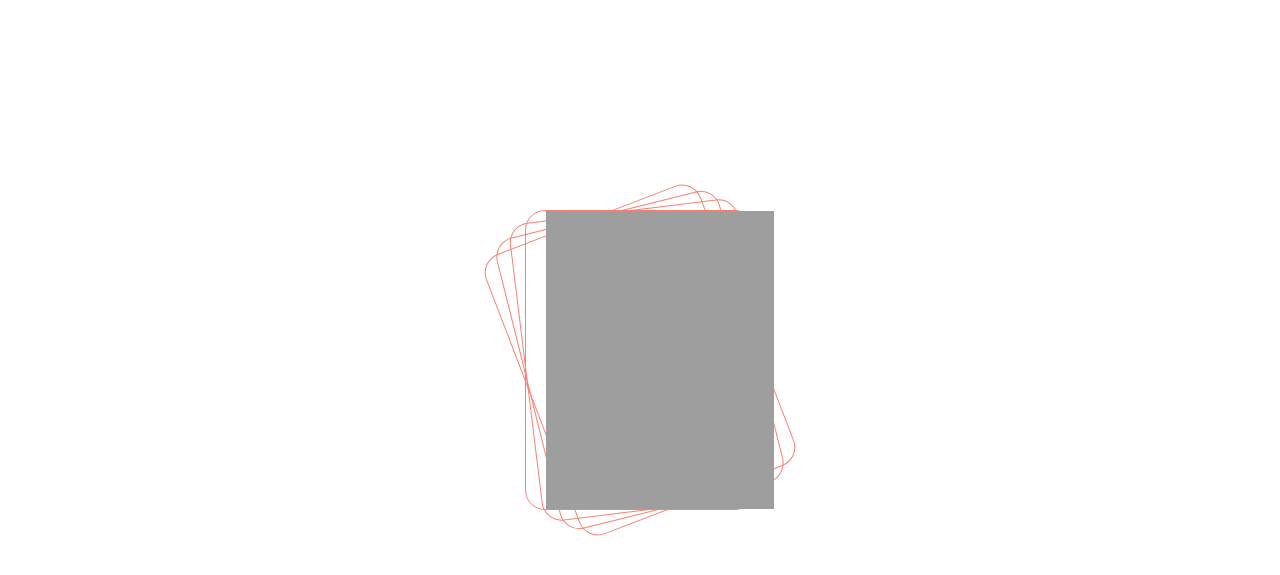
Repository: Chiranshukapil/html_css
Page: cards/index.html
The author's editor kept a copy of each file at every save. The page is drawn from the files as they stood at one save, then again after the next save.
The browser window is 1280 px wide. The pictures show the whole page.
Pictures or frames that could not be fetched are drawn as grey boxes.

Above is the page before, as saved 2024-06-09 00:26:03.

### cards/index.html
<!DOCTYPE html>
<html lang="en">
    <head>
        <meta charset="UTF-8">
        <meta name="viewport" content="width=device-width, initial-scale=1.0">
        <title>Pokemon Cards</title>
        <link rel="stylesheet" href="style.css">
    </head>
    <body>
        <div id="main">

            <div id="card1" class="card">
                <img src="https://images.unsplash.com/photo-1613771404721-1f92d799e49f?w=500&auto=format&fit=crop&q=60&ixlib=rb-4.0.3&ixid=M3wxMjA3fDB8MHxzZWFyY2h8M3x8cG9rZWJhbGx8ZW58MHx8MHx8fDA%3D">
            </div>
            <div id="card2" class="card"></div>
            <div id="card3" class="card"></div>
            <div id="card4" class="card"></div>

        </div>
    </body>
</html>

### cards/style.css
*{
    margin: 0%;
    padding: 0%;
    box-sizing: border-box;
}

html,body{
    height: 100%;
    width: 100%;

}

#main{
    width: 100%;
    height: 100%;
    display: flex;
    align-items: center;
    justify-content: center;
}

.card{
    position: absolute;
    /* top: 50%;
    left: 50%; */
    /* transform: translate(-50%,-50%); */
    height: 300px;
    width: 230px;
    border: 1px solid salmon;
    border-radius: 20px;

}

#card1{
    z-index: 4;
    transform-origin: center;
}
#card2{
    z-index: 3;
    transform-origin: center;
    rotate: -7deg;
}
#card3{
    z-index: 2;
    transform-origin: center;
    rotate: -14deg;
}
#card4{
    transform-origin: center;
    z-index: 1;
    rotate: -21deg;
}

img{
    width: 100%;
    height: 100%;
    object-fit: cover;
    margin-left: 20px;
}

After the next save:
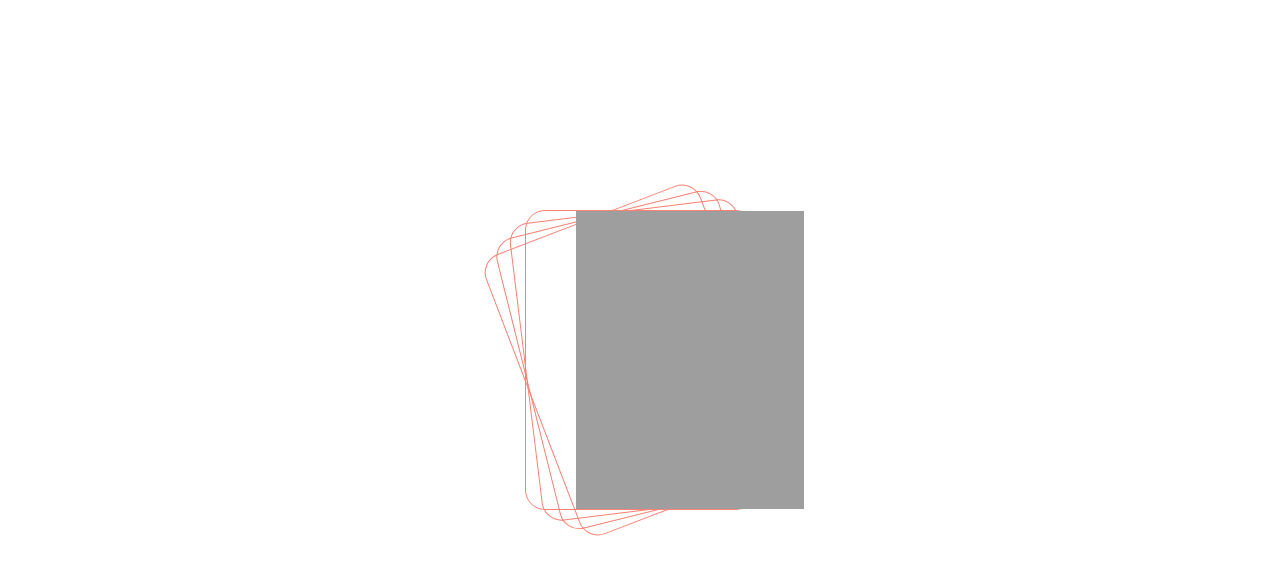
Saved 5 s later.
--- a/cards/style.css
+++ b/cards/style.css
@@ -54,5 +54,5 @@ img{
     width: 100%;
     height: 100%;
     object-fit: cover;
-    margin-left: 20px;
+    margin-left: 50px;
 }
